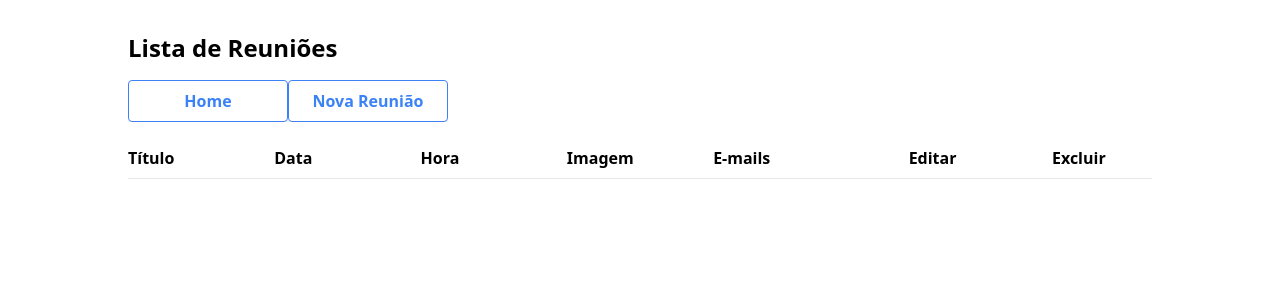
Repository: TamiBeira/meeting
Page: /meetings
An editor plug-in stored every save of this project. The page is shown before and after the next save, followed by the edit.
The browser window is 1280 px wide. The pictures show the whole page.
The project was rebuilt for these pictures with package versions that can differ from the ones it lists, and the page was loaded fresh each time. Also part of the build but not shown: vite.config.ts, src/contexts/FormContext.tsx, src/components/Form.tsx, src/components/HomePage.tsx.

Above is the page before, as saved 2024-02-26 23:54:25.

After the next save:
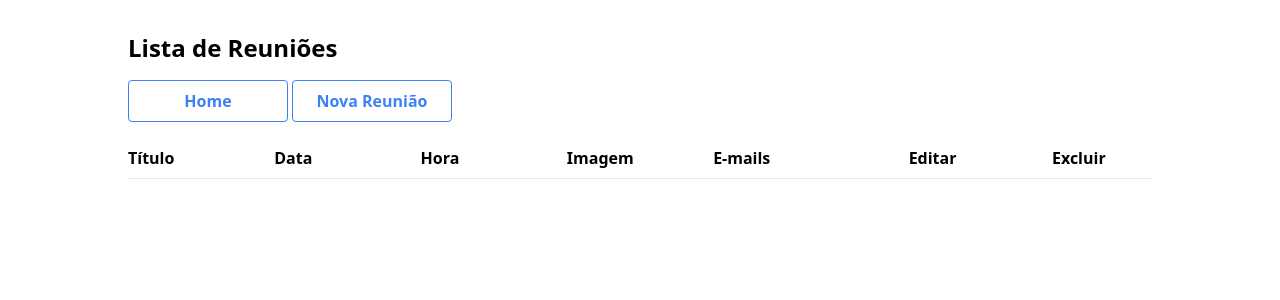
Saved 19 s later.
--- a/src/components/MeetingsView.tsx
+++ b/src/components/MeetingsView.tsx
@@ -31,7 +31,7 @@ export const MeetingsView: React.FC = () => {
     <div className="max-w-5xl mx-auto mt-8">
       <h2 className="text-2xl font-bold mb-4">Lista de Reuniões</h2>
       <div className="mt-4 mb-4">
-        <Link to="/" className="w-40 inline-block text-center border border-solid border-blue-500 text-blue-500 font-bold px-4 py-2 rounded">Home</Link>
+        <Link to="/" className="w-40 mr-1 inline-block text-center border border-solid border-blue-500 text-blue-500 font-bold px-4 py-2 rounded">Home</Link>
         <Link to="/form" className="w-40 inline-block text-center border border-solid border-blue-500 text-blue-500 font-bold mr-2 px-4 py-2 rounded">Nova Reunião</Link>
       </div>
       <ul>
